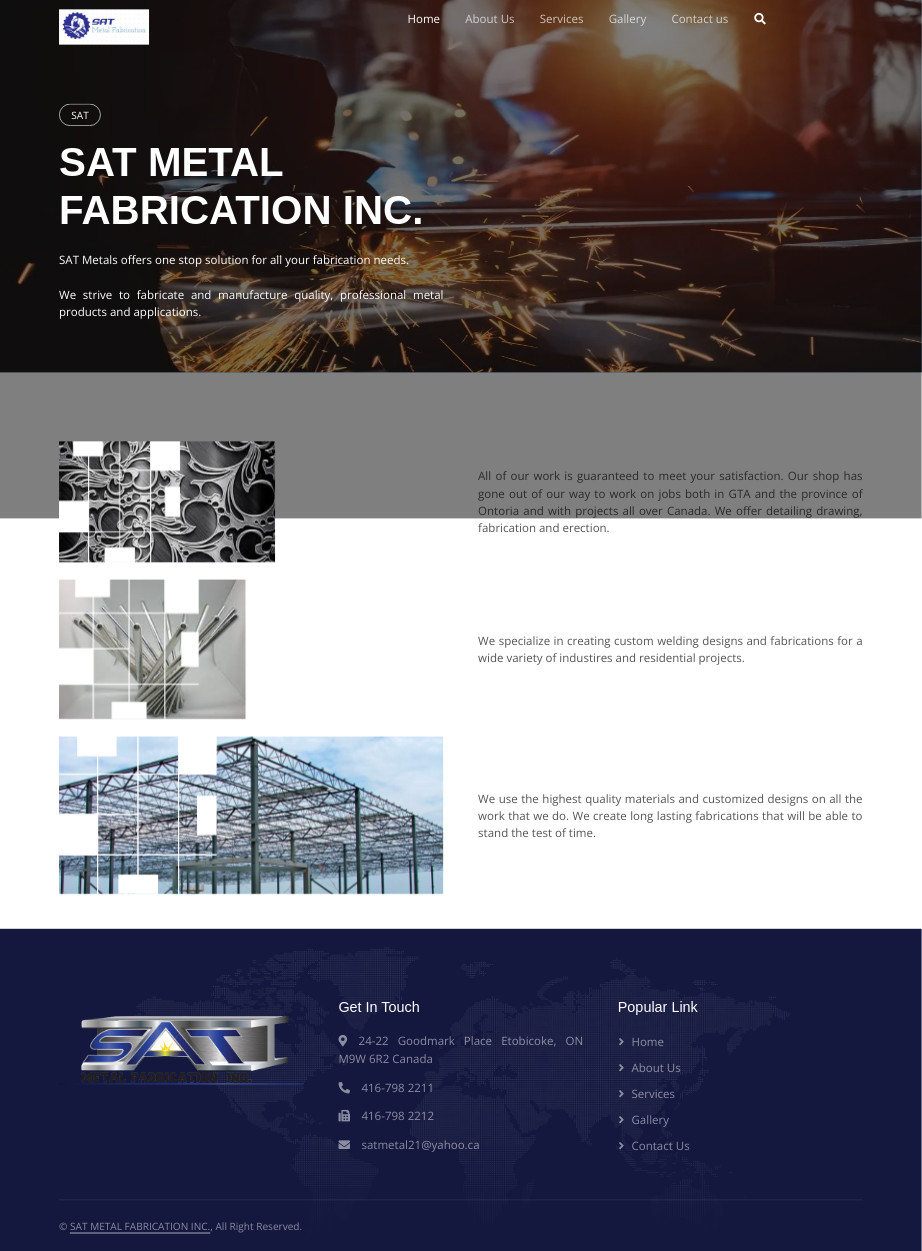
Repository: dzyte-services/satmetal
Page: http://localhost/
These files come from the project's save history. The page is drawn as it stood at one moment and after the next save; the edit follows.
The browser window is 1280 px wide. The pictures show the whole page, at 72% of full size.
Some web fonts or font styles are not loaded; a fallback is used. Some web libraries are served in a nearby version. The page is run by PHP 8.4 with error messages shown; the project is at /var/www/html/.

Above is the page before, as saved 2023-11-07 17:41:04.

### index.php
<!DOCTYPE html>
<html lang="en">

<head>
    <meta charset="utf-8">
    <title>SAT - Home</title>
    <meta content="width=device-width, initial-scale=1.0" name="viewport">
    <meta content="" name="keywords">
    <meta content="" name="description">

    <!-- Favicon -->
    <link href="img/favicon.ico" rel="icon">

    <!-- Google Web Fonts -->
    <link rel="preconnect" href="https://fonts.googleapis.com">
    <link rel="preconnect" href="https://fonts.gstatic.com" crossorigin>
    <link href="https://fonts.googleapis.com/css2?family=Open+Sans:wght@400;600&family=Ubuntu:wght@500;700&display=swap"
        rel="stylesheet">

    <!-- Icon Font Stylesheet -->
    <link href="https://cdnjs.cloudflare.com/ajax/libs/font-awesome/5.10.0/css/all.min.css" rel="stylesheet">
    <link href="https://cdn.jsdelivr.net/npm/bootstrap-icons@1.4.1/font/bootstrap-icons.css" rel="stylesheet">

    <!-- Libraries Stylesheet -->
    <link href="lib/animate/animate.min.css" rel="stylesheet">
    <link href="lib/owlcarousel/assets/owl.carousel.min.css" rel="stylesheet">

    <!-- Customized Bootstrap Stylesheet -->
    <link href="css/bootstrap.min.css" rel="stylesheet">

    <!-- Template Stylesheet -->
    <link href="css/style.css" rel="stylesheet">
</head>

<body>

    <?php
        include "header.php";
    ?>

    <!-- Full Screen Search Start -->
    <div class="modal fade" id="searchModal" tabindex="-1">
        <div class="modal-dialog modal-fullscreen">
            <div class="modal-content" style="background: rgba(20, 24, 62, 0.7);">
                <div class="modal-header border-0">
                    <button type="button" class="btn btn-square bg-white btn-close" data-bs-dismiss="modal"
                        aria-label="Close"></button>
                </div>
                <div class="modal-body d-flex align-items-center justify-content-center">
                    <div class="input-group" style="max-width: 600px;">
                        <input type="text" class="form-control bg-transparent border-light p-3"
                            placeholder="Type search keyword">
                        <button class="btn btn-light px-4"><i class="bi bi-search"></i></button>
                    </div>
                </div>
            </div>
        </div>
    </div>
    <!-- Full Screen Search End -->


    <!-- About Start -->
    <div class="container-fluid py-5">
        <div class="container">
            <div class="row g-5 align-items-center">
                <div class="col-lg-6 wow " data-wow-delay="0.1s">
                    <div class="about-img">
                        <img class="img-fluid" src="img/hom-img1.jpg">
                    </div>
                </div>
                <div class="col-lg-6 wow fadeIn" data-wow-delay="0.5s">
                    <!-- <div class="btn btn-sm border rounded-pill text-primary px-3 mb-3">About Us</div> -->
                    <h1 class="mb-4"></h1>
                    <p class="mb-4">All of our work is guaranteed to meet your satisfaction. Our shop has gone out of our way to work on jobs both in GTA and the province of Ontoria and with projects all over Canada. We offer detailing drawing, fabrication and erection.</p>
                </div>
            </div><br>
            <div class="row g-5 align-items-center">
                <div class="col-lg-6 wow fadeIn" data-wow-delay="0.1s">
                    <div class="about-img">
                        <img class="img-fluid" src="img/hom-img2.jpg">
                    </div>
                </div>
                <div class="col-lg-6 wow fadeIn" data-wow-delay="0.5s">
                    <!-- <div class="btn btn-sm border rounded-pill text-primary px-3 mb-3">About Us</div> -->
                    <h1 class="mb-4"></h1>
                    <p class="mb-4">We specialize in creating custom welding designs and fabrications for a wide variety of industires and residential projects.</p>
                </div>
            </div><br>
            <div class="row g-5 align-items-center">
                <div class="col-lg-6 wow fadeIn" data-wow-delay="0.1s">
                    <div class="about-img">
                        <img class="img-fluid" src="img/hom-img3.jpg">
                    </div>
                </div>
                <div class="col-lg-6 wow fadeIn" data-wow-delay="0.5s">
                    <!-- <div class="btn btn-sm border rounded-pill text-primary px-3 mb-3">About Us</div> -->
                    <h1 class="mb-4"></h1>
                    <p class="mb-4">We use the highest quality materials and customized designs on all the work that we do. We create long lasting fabrications that will be able to stand the test of time.</p>
                </div>
            </div>
        </div>
    </div>
    <!-- About End -->
    <!-- <div class="container-fluid py-5">
        <div class="container">
            <div class="row">
                <div class="col-lg-6 order-lg-1">
                    <img src="img/hom-img1.jpg" class="img-fluid" alt="Image 1">
                </div>
                <div class="col-lg-6 order-lg-2">
                    <p>All of our work is guaranteed to meet your satisfaction. Our shop has gone out of our way to work on jobs both in GTA and the province of Ontoria and with projects all over Canada. We offer detailing drawing, fabrication and erection.</p>
                </div>
            </div>
            <div class="row">
                <div class="col-lg-6 order-lg-2">
                    <p>We specialize in creating custom welding designs and fabrications for a wide variety of industires and residential projects.</p>
                </div>
                <div class="col-lg-6 order-lg-1">
                    <img src="img/hom-img2.jpg" class="img-fluid" alt="Image 2">
                </div>
            </div>
            <div class="row">
                <div class="col-lg-6 order-lg-2">
                    <p>We use the highest quality materials and customized designs on all the work that we do. We create long lasting fabrications that will be able to stand the test of time.</p>
                </div>
                <div class="col-lg-6 order-lg-1">
                    <img src="img/hom-img3.jpg" class="img-fluid" alt="Image 2">
                </div>
            </div>

        </div>
    </div> -->

    <?php
        include "footer.php";
    ?>

    <!-- JavaScript Libraries -->
    <script src="https://ajax.googleapis.com/ajax/libs/jquery/3.6.1/jquery.min.js"></script>
    <script src="https://cdn.jsdelivr.net/npm/bootstrap@5.0.0/dist/js/bootstrap.bundle.min.js"></script>
    <script src="lib/wow/wow.min.js"></script>
    <script src="lib/easing/easing.min.js"></script>
    <script src="lib/waypoints/waypoints.min.js"></script>
    <script src="lib/counterup/counterup.min.js"></script>
    <script src="lib/owlcarousel/owl.carousel.min.js"></script>

    <!-- Template Javascript -->
    <script src="js/main.js"></script>
</body>

</html>

### header.php
    <?php
        $currentPage1 = basename($_SERVER['PHP_SELF']);
    ?>
    <!-- Spinner Start -->
    <div id="spinner"
        class="show bg-white position-fixed translate-middle w-100 vh-100 top-50 start-50 d-flex align-items-center justify-content-center">
        <div class="spinner-grow text-primary" style="width: 3rem; height: 3rem;" role="status">
            <span class="sr-only">Loading...</span>
        </div>
    </div>
    <!-- Spinner End -->


    <!-- Navbar Start -->
    <div class="container-fluid sticky-top">
        <div class="container">
            <nav class="navbar navbar-expand-lg navbar-dark p-0">
                <div class="row">
                    <div class="col-lg-4">
                        <a href="index.php" class="navbar-brand">
                            <img class="img-fluid" width="40%" height="40%" src="img/logo1.jpeg" alt="">
                        </a>
                        <button type="button" class="navbar-toggler ms-auto me-0" data-bs-toggle="collapse"
                            data-bs-target="#navbarCollapse">
                            <span class="navbar-toggler-icon"></span>
                        </button>
                    </div>
                    <div class="col-lg-8 ">
                    <div class="collapse navbar-collapse" id="navbarCollapse">
                    <div class="navbar-nav ms-auto">
                        <a href="index.php" class="nav-item nav-link  <?php echo ($currentPage1 === 'index.php') ? 'active' : ''; ?>">Home</a>
                        <a href="about.php" class="nav-item nav-link <?php echo ($currentPage1 === 'about.php') ? 'active' : ''; ?>">About Us</a>
                        <a href="service.php" class="nav-item nav-link <?php echo ($currentPage1 === 'service.php') ? 'active' : ''; ?>">Services</a>
                        <a href="project.php" class="nav-item nav-link <?php echo ($currentPage1 === 'project.php') ? 'active' : ''; ?>">Gallery</a>

                        <a href="contact.php" class="nav-item nav-link <?php echo ($currentPage1 === 'contact.php') ? 'active' : ''; ?>">Contact us</a>
                    </div>
                    <butaton type="button" class="btn text-white p-0 d-none d-lg-block" data-bs-toggle="modal"
                        data-bs-target="#searchModal"><i class="fa fa-search"></i></butaton>
                </div>
                    </div>
                </div>


            </nav>
        </div>
    </div>
    <!-- Navbar End -->

    <div>
          <?php
                $currentPage = $_SERVER['SCRIPT_NAME'];
                $current_page = basename($currentPage);

                if ($current_page === "index.php") {
                    include("header/home.php");
                } elseif ($current_page === "about.php") {
                    include("header/about.php");
                } elseif ($current_page === "service.php") {
                    include("header/service.php");
                } elseif ($current_page === "project.php") {
                    include("header/gallery.php");
                } elseif ($current_page === "contact.php") {
                    include("header/contact.php");
                }



            ?>
    </div>

### header/home.php
<!-- Hero Start -->
<div class="container-fluid pt-5 bg-primary hero-header mb-5">
        <div class="container pt-5">
            <div class="row g-5 pt-5">
                <div class="col-lg-6 align-self-center text-center text-lg-start mb-lg-5">
                    <div class="btn btn-sm border rounded-pill text-white px-3 mb-3 animated slideInRight">SAT</div>
                    <h1 class="display-4 text-white mb-4 animated slideInRight">SAT METAL FABRICATION INC.</h1>
                    <p class="text-white mb-4 animated slideInRight">SAT Metals offers one stop solution for all your fabrication needs.</p>
                    <p class="text-white mb-4 animated slideInRight">We strive to fabricate and manufacture quality, professional metal products and applications.</p>
                    <!-- <a href="" class="btn btn-light py-sm-3 px-sm-5 rounded-pill me-3 animated slideInRight">Read More</a> -->
                    <!-- <a href="" class="btn btn-outline-light py-sm-3 px-sm-5 rounded-pill animated slideInRight">Contact Us</a> -->
                </div>
                <div class="col-lg-6 align-self-end text-center text-lg-end">
                    <!-- <img class="img-fluid" src="img/SAT_Logo.png" alt=""> -->
                </div>
            </div>
        </div>
    </div>
    <!-- Hero End -->

### footer.php
    <!-- Footer Start -->
    <div class="container-fluid bg-dark text-white-50 footer pt-5">
        <div class="container py-5">
            <div class="row g-5">
                <div class="col-md-6 col-lg-4 wow fadeIn" data-wow-delay="0.1s">
                    <a href="index.php" class="d-inline-block mb-3">
                    <img class="img-fluid" width="100%" src="img/SAT_Logo.png" alt="">
                    </a>
                    <!-- <p class="mb-0">Tempor erat elitr rebum at clita. Diam dolor diam ipsum et tempor sit. Aliqu diam
                        amet diam et eos labore. Clita erat ipsum et lorem et sit, sed stet no labore lorem sit. Sanctus
                        clita duo justo et tempor</p> -->
                </div>
                <div class="col-md-6 col-lg-4 wow fadeIn" data-wow-delay="0.3s">
                    <h5 class="text-white mb-4">Get In Touch</h5>
                    <p><i class="fa fa-map-marker-alt me-3"></i>24-22 Goodmark Place Etobicoke, ON M9W 6R2 Canada</p>
                    <p><i class="fa fa-phone-alt me-3"></i>416-798 2211</p>
                    <p><i class="fa fa-fax me-3"></i>416-798 2212</p>
                    <p><i class="fa fa-envelope me-3"></i>satmetal21@yahoo.ca</p>
                    <!-- <div class="d-flex pt-2">
                        <a class="btn btn-outline-light btn-social" href=""><i class="fab fa-twitter"></i></a>
                        <a class="btn btn-outline-light btn-social" href=""><i class="fab fa-facebook-f"></i></a>
                        <a class="btn btn-outline-light btn-social" href=""><i class="fab fa-youtube"></i></a>
                        <a class="btn btn-outline-light btn-social" href=""><i class="fab fa-instagram"></i></a>
                        <a class="btn btn-outline-light btn-social" href=""><i class="fab fa-linkedin-in"></i></a>
                    </div> -->
                </div>
                <div class="col-md-6 col-lg-4 wow fadeIn" data-wow-delay="0.5s">
                    <h5 class="text-white mb-4">Popular Link</h5>
                    <a class="btn btn-link" href="index.php">Home</a>
                    <a class="btn btn-link" href="about.php">About Us</a>
                    <a class="btn btn-link" href="service.php">Services</a>
                    <a class="btn btn-link" href="project.php">Gallery</a>
                    <a class="btn btn-link" href="contact.php">Contact Us</a>
                </div>
                <!-- <div class="col-md-6 col-lg-3 wow fadeIn" data-wow-delay="0.7s">
                    <h5 class="text-white mb-4">Our Services</h5>
                    <a class="btn btn-link" href="">Robotic Automation</a>
                    <a class="btn btn-link" href="">Machine learning</a>
                    <a class="btn btn-link" href="">Predictive Analysis</a>
                    <a class="btn btn-link" href="">Data Science</a>
                    <a class="btn btn-link" href="">Robot Technology</a>
                </div> -->
            </div>
        </div>
        <div class="container wow fadeIn" data-wow-delay="0.1s">
            <div class="copyright">
                <div class="row">
                    <div class="col-md-6 text-center text-md-start mb-3 mb-md-0">
                        &copy; <a class="border-bottom" href="#">SAT METAL FABRICATION INC.</a>, All Right Reserved.

                        <!--/*** This template is free as long as you keep the footer author’s credit link/attribution link/backlink. If you'd like to use the template without the footer author’s credit link/attribution link/backlink, you can purchase the Credit Removal License from "https://htmlcodex.com/credit-removal". Thank you for your support. ***/-->
                        <!-- Designed By <a class="border-bottom" href="https://htmlcodex.com">HTML Codex</a> Distributed By <a class="border-bottom" href="https://themewagon.com">ThemeWagon</a> -->
                    </div>
                    <!-- <div class="col-md-6 text-center text-md-end">
                        <div class="footer-menu">
                            <a href="">Home</a>
                            <a href="">Cookies</a>
                            <a href="">Help</a>
                            <a href="">FAQs</a>
                        </div>
                    </div> -->
                </div>
            </div>
        </div>
    </div>
    <!-- Footer End -->


    <!-- Back to Top -->
    <a href="#" class="btn btn-lg btn-primary btn-lg-square back-to-top pt-2"><i class="bi bi-arrow-up"></i></a>

Loaded but not shown: lib/animate/animate.min.css (library); lib/owlcarousel/assets/owl.carousel.min.css (common file); css/bootstrap.min.css (library); lib/wow/wow.min.js (library); lib/easing/easing.min.js (common file); lib/waypoints/waypoints.min.js (library); lib/counterup/counterup.min.js (common file); lib/owlcarousel/owl.carousel.min.js (library); js/main.js (64 lines, source omitted); css/style.css (551 lines, source omitted)

After the next save:
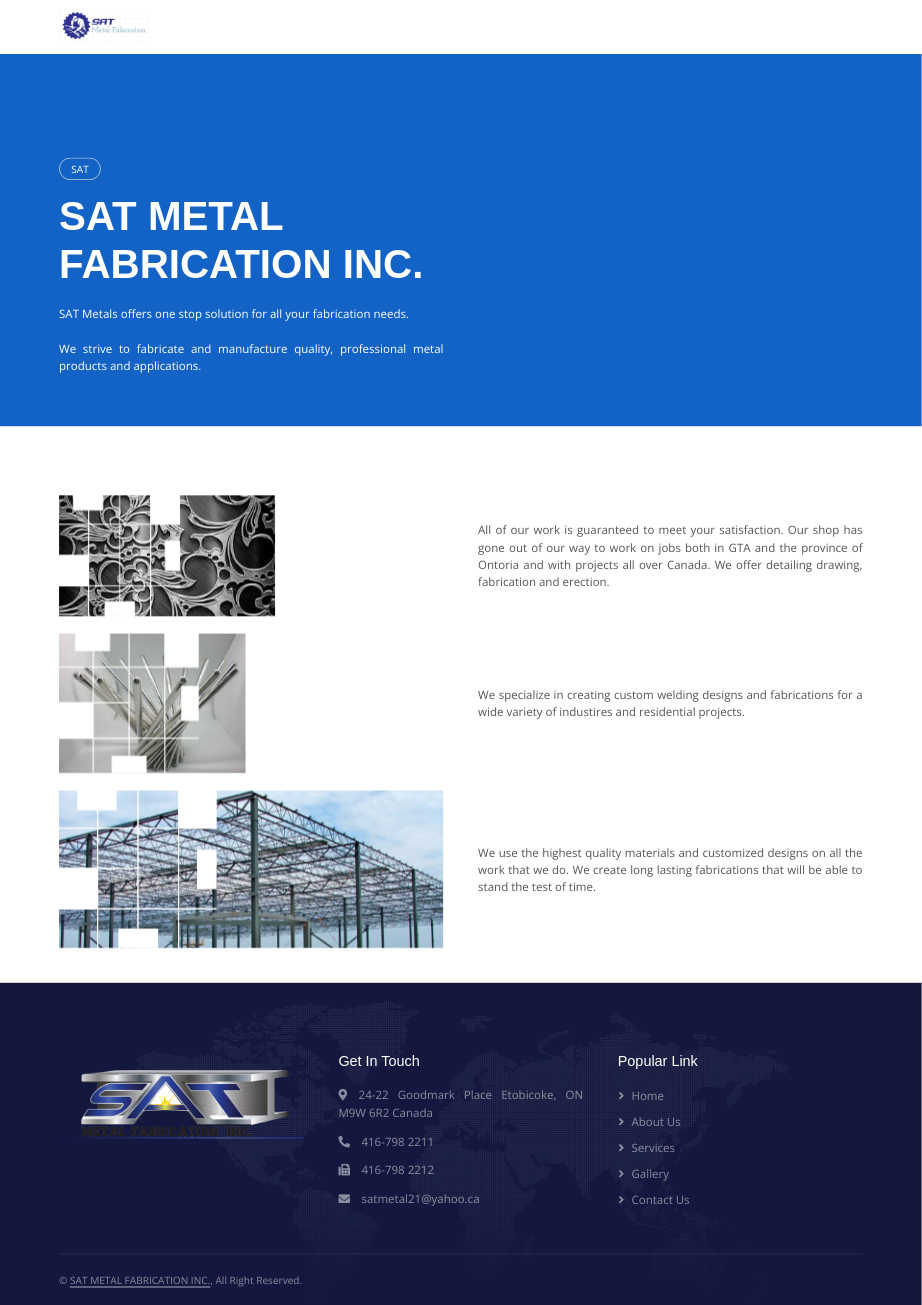
Saved 102 s later.
--- a/header/home.php
+++ b/header/home.php
@@ -1,5 +1,5 @@
 <!-- Hero Start -->
-<div class="container-fluid pt-5 bg-primary hero-header mb-5">
+<div class="container-fluid pt-5 bg-primary  mb-5">
         <div class="container pt-5">
             <div class="row g-5 pt-5">
                 <div class="col-lg-6 align-self-center text-center text-lg-start mb-lg-5">

After the save that followed:
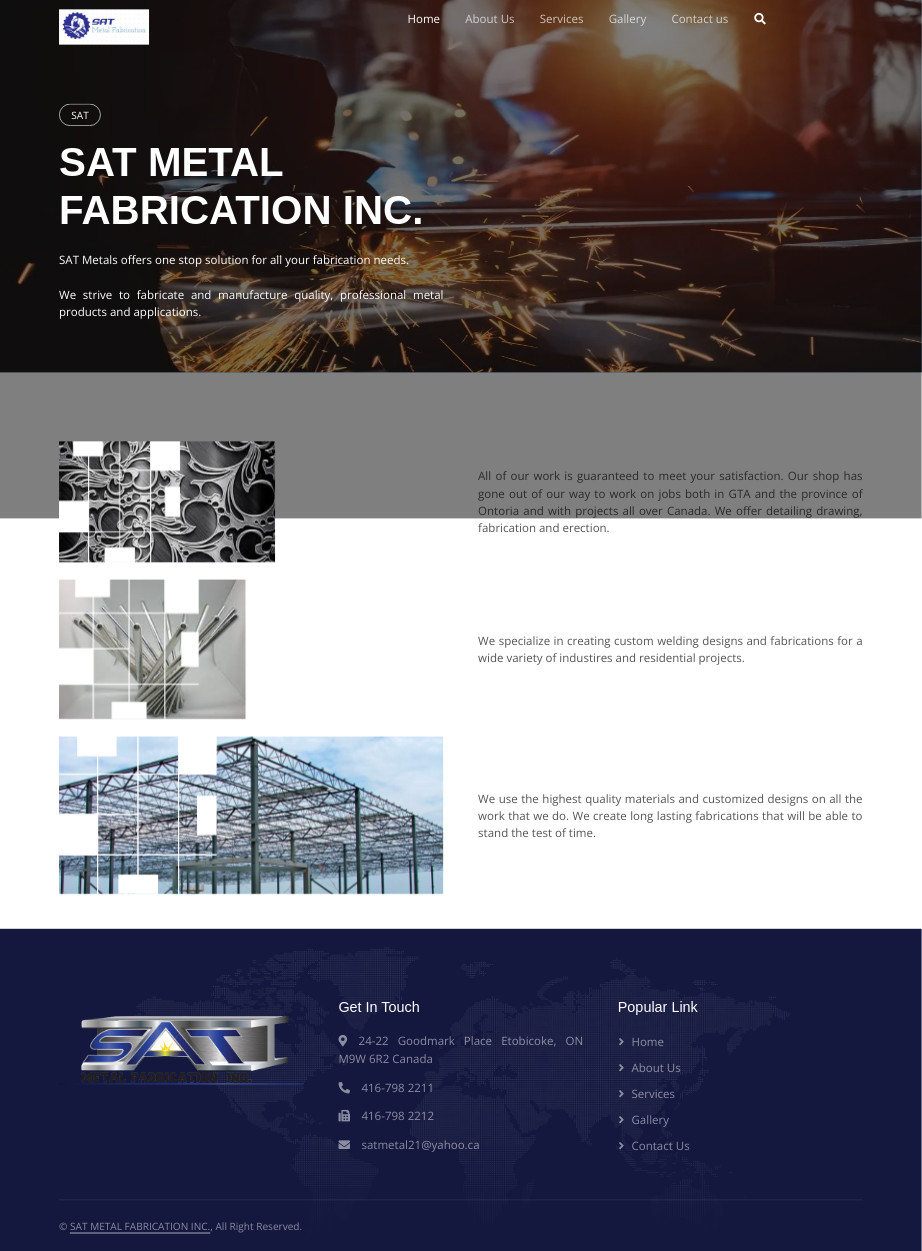
Saved 10 s later.
--- a/header/home.php
+++ b/header/home.php
@@ -1,5 +1,5 @@
 <!-- Hero Start -->
-<div class="container-fluid pt-5 bg-primary  mb-5">
+<div class="container-fluid pt-5 bg-primary hero-header mb-5">
         <div class="container pt-5">
             <div class="row g-5 pt-5">
                 <div class="col-lg-6 align-self-center text-center text-lg-start mb-lg-5">
